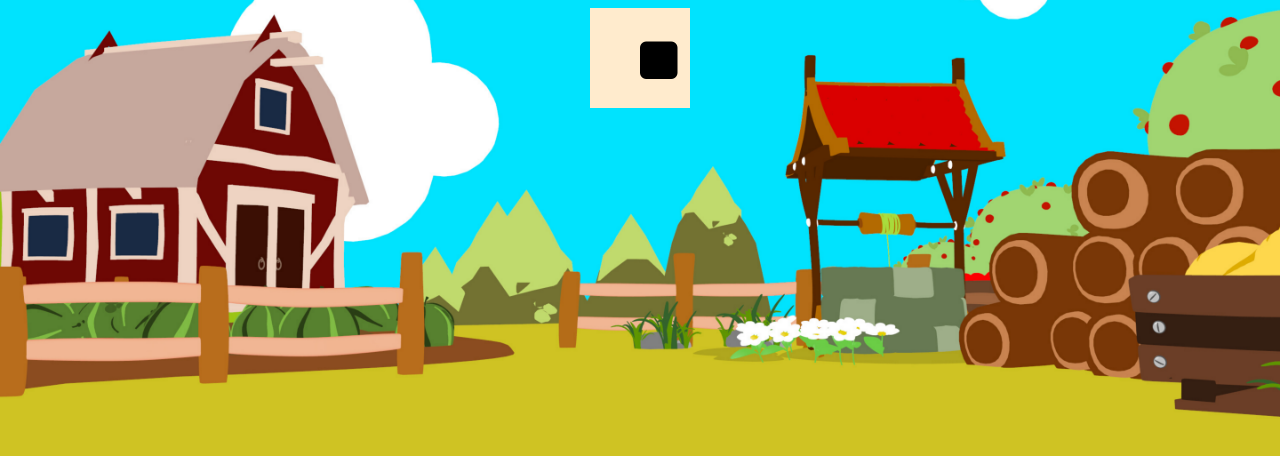
Repository: rumor1993/DreamCoding-Browser101
Page: Chapter07/index.html
The author's editor kept a copy of each file at every save. The page is drawn from the files as they stood at one save, then again after the next save.
The browser window is 1280 px wide. The pictures show the whole page.
Some web libraries are served in a nearby version.

Above is the page before, as saved 2021-01-01 13:32:39.

### Chapter07/index.html
<!DOCTYPE html>
<html lang="en">
  <head>
    <meta charset="UTF-8" />
    <meta name="viewport" content="width=device-width, initial-scale=1.0" />
    <title>Document</title>
    <style>
      body {
        background-repeat: no-repeat;
        background-size: cover;
        background-image: url("carrot/img/background.png");
      }

      .stop {
        position: relative;
        background-color: blanchedalmond;
        width: 100px;
        height: 100px;
        font-size: 50px;
        margin: auto;
        text-align: center;
      }

      .stop i {
        transform: translate(50%, 50%);
      }

      .timer {
        position: relative;
        width: 200px;
        height: 200px;
        left: 50%;
      }
    </style>
    <script src="https://kit.fontawesome.com/86c035f01d.js" crossorigin="anonymous"></script>
  </head>
  <body>
    <div class="stop">
      <i class="fas fa-stop"></i>
    </div>
    <div class="timer"></div>
    <div class="carrot-count"></div>
    <div class="carrot"></div>
    <div class="bug"></div>
  </body>
</html>

After the next save:
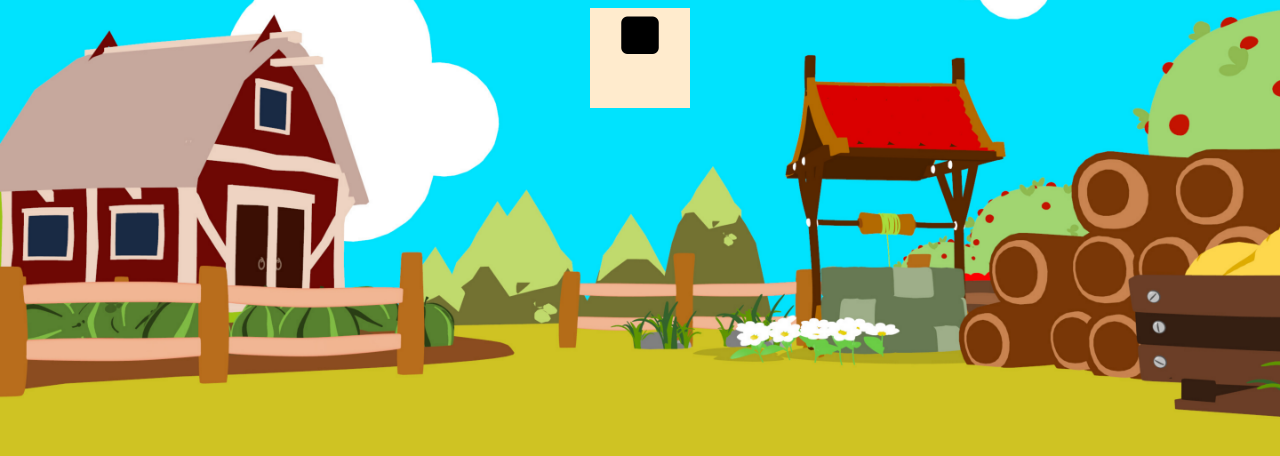
Saved 8 s later.
--- a/Chapter07/index.html
+++ b/Chapter07/index.html
@@ -22,7 +22,6 @@
       }
 
       .stop i {
-        transform: translate(50%, 50%);
       }
 
       .timer {
